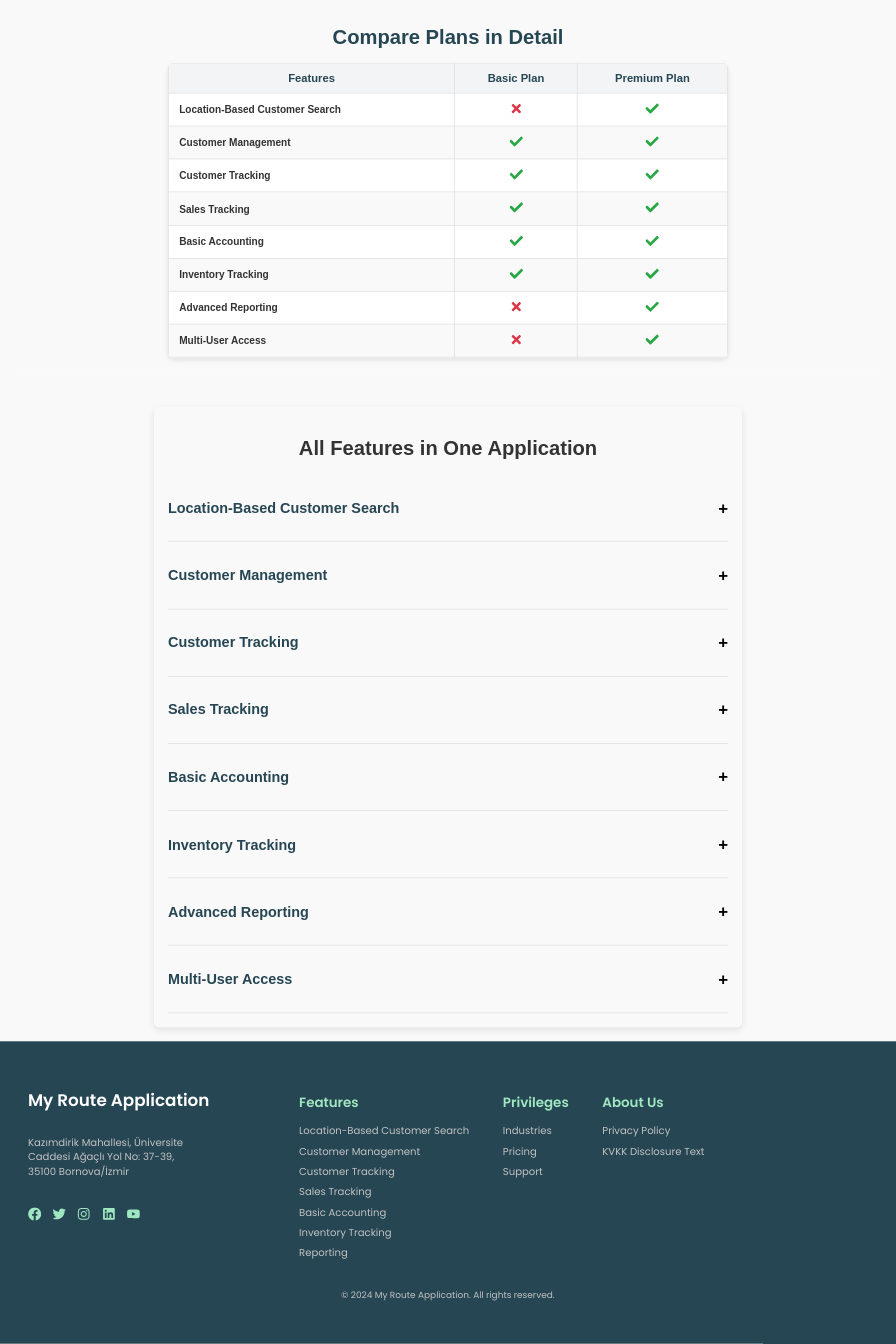
Repository: senolinanyasar/myrouteapplication
Page: /pricing
These files come from the project's save history. The page is drawn as it stood at one moment and after the next save; the edit follows.
The browser window is 1280 px wide. The pictures show the part of the page from y = 1191 to 3111 px (the page is 3111 px tall before and 3015 px after), at 70% of full size.
The project was rebuilt for these pictures with package versions that can differ from the ones it lists, and the page was loaded fresh each time. Also part of the build but not shown: vite.config.js, src/components/HeroSection.css, src/components/HeroSection.js, src/components/FeaturesSection.css, src/components/FeaturesSection.js, src/components/PricingSection.css, src/components/PricingSection.js, src/components/SupportSection.css and 4 more.

Above is the page before, as saved 2024-11-16 23:07:02.

After the next save:
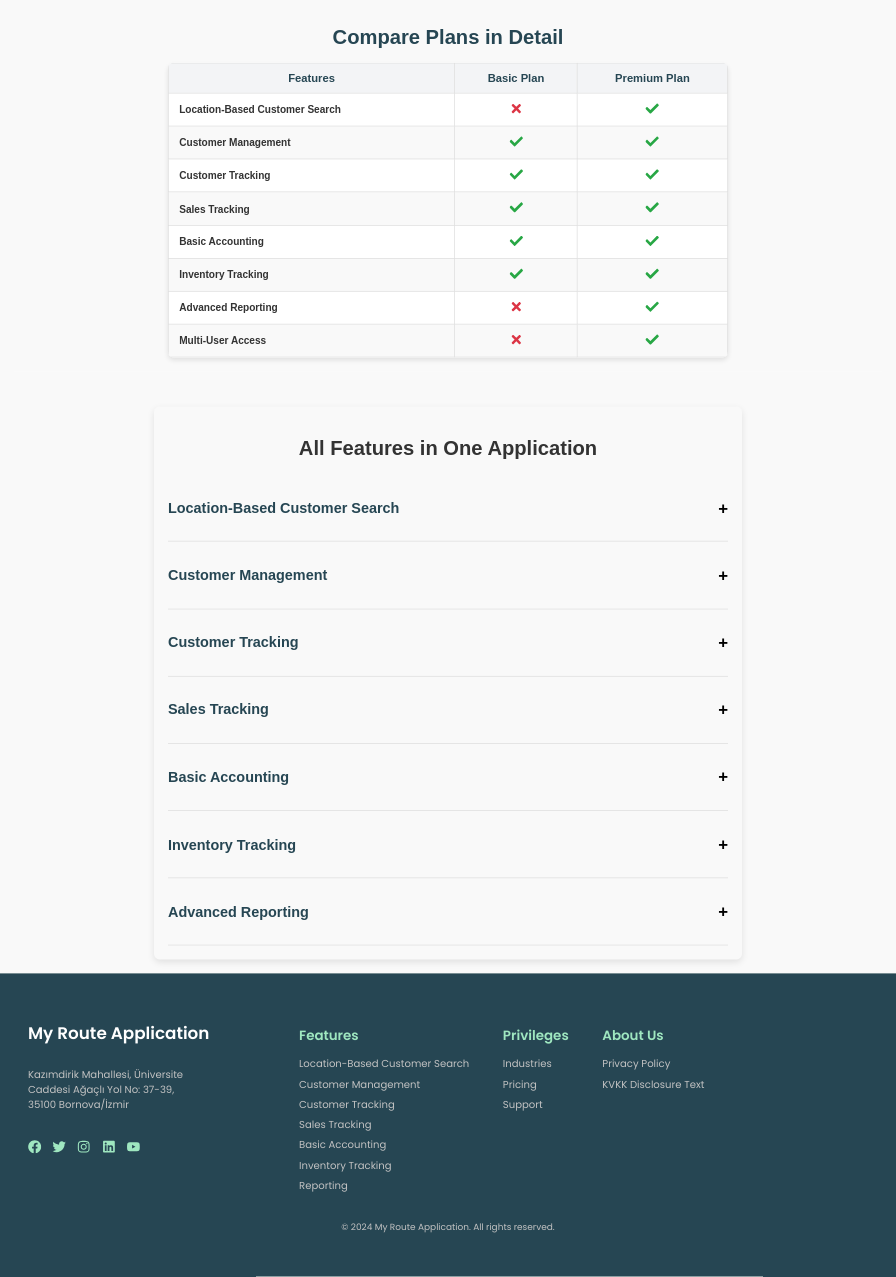
Saved 8 min 27 s later.
--- a/src/components/PricingPage.js
+++ b/src/components/PricingPage.js
@@ -13,7 +13,7 @@ const featuresData = [
     {
         title: 'Customer Management',
         description:
-            'Organize, update, and manage your customer database effectively. Track customer details and communication history.',
+            'Organize, update, and manage your customer list effectively. Track customer details and communication history.',
     },
     {
         title: 'Customer Tracking',
@@ -40,11 +40,7 @@ const featuresData = [
         description:
             'Generate detailed reports on sales, inventory, and customer activity to make data-driven decisions.',
     },
-    {
-        title: 'Multi-User Access',
-        description:
-            'Allow team members to access and manage different areas of the system with customizable permissions.',
-    },
+
 ];
 
 const PricingPage = () => {
